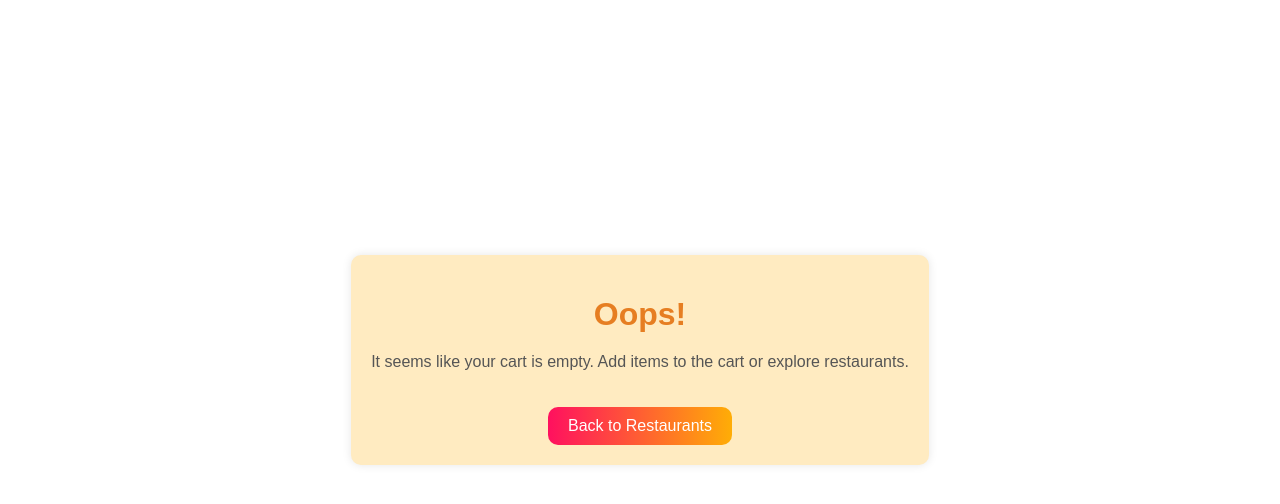
Repository: SWATHIBHUMA/FoodDelivaryApp
Page: http://localhost/FoodDelivaryApp/errorPage.jsp
An editor plug-in stored every save of this project. The page is shown before and after the next save, followed by the edit.
The browser window is 1280 px wide. The pictures show the whole page.
The page is served by Tomcat 9. Other server files are loaded and not shown.

Above is the page before, as saved 2024-01-14 11:57:57.

### FoodDelivaryApp/src/main/webapp/errorPage.jsp
<%@ page language="java" contentType="text/html; charset=UTF-8" pageEncoding="UTF-8"%>

<!DOCTYPE html>
<html lang="en">
<head>
    <meta charset="UTF-8">
    <meta http-equiv="X-UA-Compatible" content="IE=edge">
    <meta name="viewport" content="width=device-width, initial-scale=1.0">
    <title>Error - Nothing in Cart</title>
    <style>
        body {
            font-family: 'Arial', sans-serif;
            background-color: light yellow; /* Warm yellow background */
            margin: 0;
            padding: 0;
            display: flex;
            align-items: center;
            justify-content: center;
            height: 100vh;
            text-align: center;
        }

        #error-message {
            background-color: #ffebc1; /* Light orange background */
            padding: 20px;
            border-radius: 10px;
            box-shadow: 0 0 10px rgba(0, 0, 0, 0.1);
            animation: fadeInUp 1s ease; /* Add fade-in animation */
        }

        h1 {
            color: #e67e22; /* Dark orange text */
            margin-bottom: 20px;
            animation: bounce 1s forwards; /* Change infinite to forwards for single time bounce */
        }

        p {
            color: #555;
            font-size: 16px;
            animation: fadeIn 1s ease; /* Add fade-in animation */
        }

        .back-to-restaurants-btn {
            display: inline-block;
            margin-top: 20px;
            padding: 10px 20px;
            background: linear-gradient(to right, #ff105f,#ffad06);
            color: #fff;
            text-decoration: none;
            border-radius: 10px;
            transition: background-color 0.3s ease;
        }

        .back-to-restaurants-btn:hover {
            background-color: #d35400; /* Slightly darker orange on hover */
        }

        @keyframes bounce {
            0%, 20%, 50%, 80%, 100% {
                transform: translateY(0);
            }
            40% {
                transform: translateY(-20px);
            }
            60% {
                transform: translateY(-10px);
            }
        }

        @keyframes fadeIn {
            from {
                opacity: 0;
            }
            to {
                opacity: 1;
            }
        }

        @keyframes fadeInUp {
            from {
                opacity: 0;
                transform: translateY(20px);
            }
            to {
                opacity: 1;
                transform: translateY(0);
            }
        }
    </style>
</head>
<body>
    <div id="error-message">
        <h1>Oops!</h1>
        <p>It seems like your cart is empty. Add items to the cart or explore restaurants.</p>
        <a href="<%= request.getContextPath() %>/Restaurants" class="back-to-restaurants-btn">Back to Restaurants</a>
    </div>
</body>
</html>

After the next save:
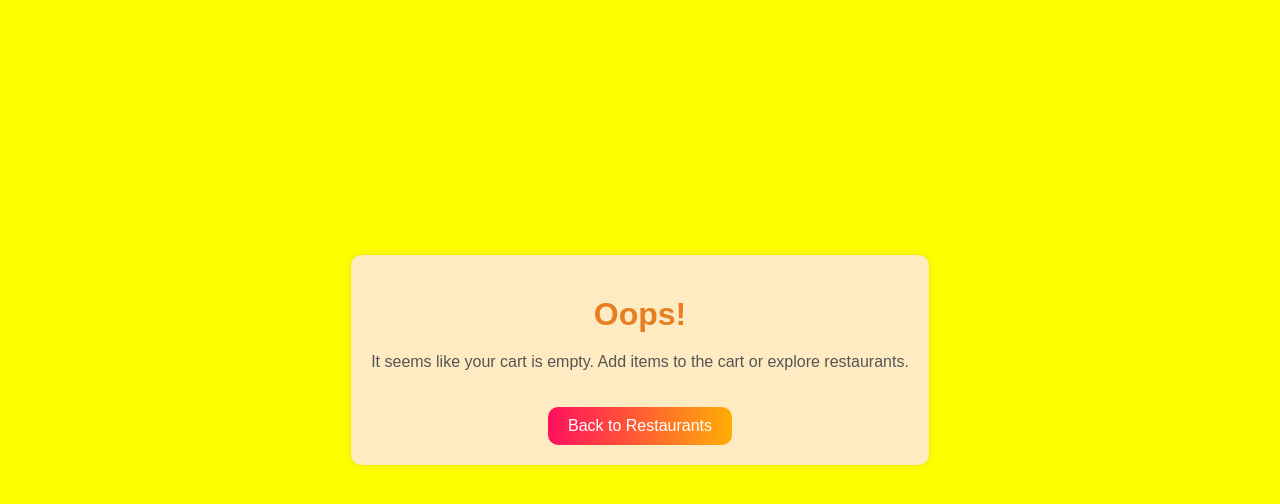
Saved 56 s later.
--- a/FoodDelivaryApp/src/main/webapp/errorPage.jsp
+++ b/FoodDelivaryApp/src/main/webapp/errorPage.jsp
@@ -10,7 +10,7 @@
     <style>
         body {
             font-family: 'Arial', sans-serif;
-            background-color: light yellow; /* Warm yellow background */
+            background-color: yellow;
             margin: 0;
             padding: 0;
             display: flex;

After the save that followed:
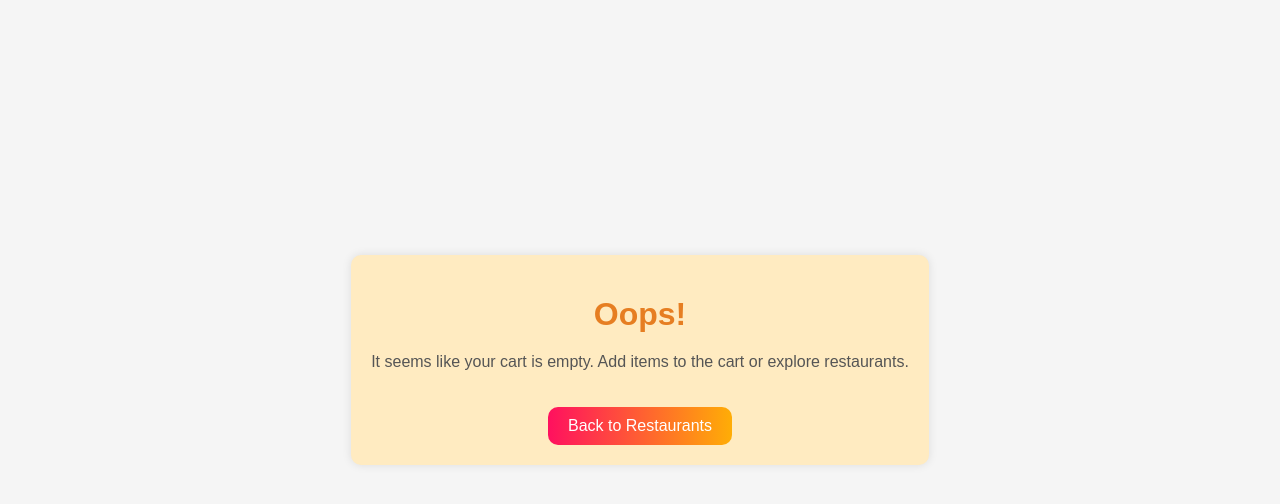
Saved 21 s later.
--- a/FoodDelivaryApp/src/main/webapp/errorPage.jsp
+++ b/FoodDelivaryApp/src/main/webapp/errorPage.jsp
@@ -10,7 +10,7 @@
     <style>
         body {
             font-family: 'Arial', sans-serif;
-            background-color: yellow;
+            background-color: whitesmoke;
             margin: 0;
             padding: 0;
             display: flex;
